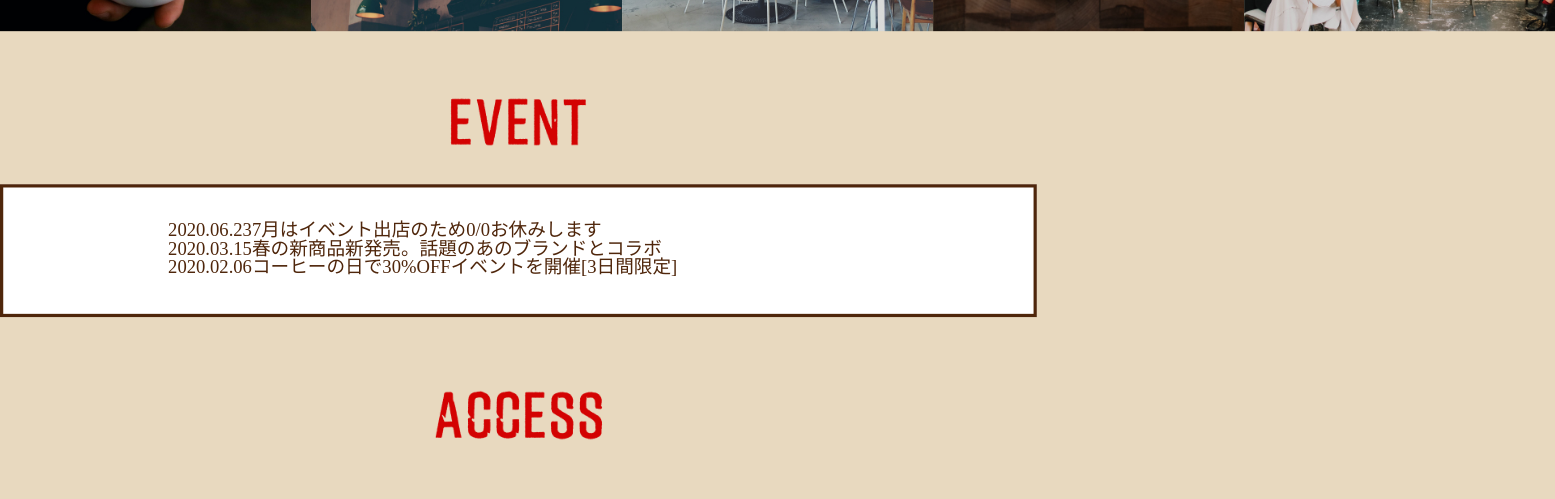
Repository: sonoyama01/dezasuta
Page: 第4回課題/index.html
These files come from the project's save history. The page is drawn as it stood at one moment and after the next save; the edit follows.
The browser window is 1280 px wide. The page is 1920 px wide, so the pictures cover 1920 px, including what lies to the right of the window. The pictures show the part of the page from y = 2598 to 3214 px (the page is 3996 px tall), at 81% of full size.
Pictures or frames that could not be fetched are drawn as grey boxes.

Above is the page before, as saved 2024-05-11 21:22:42.

After the next save:
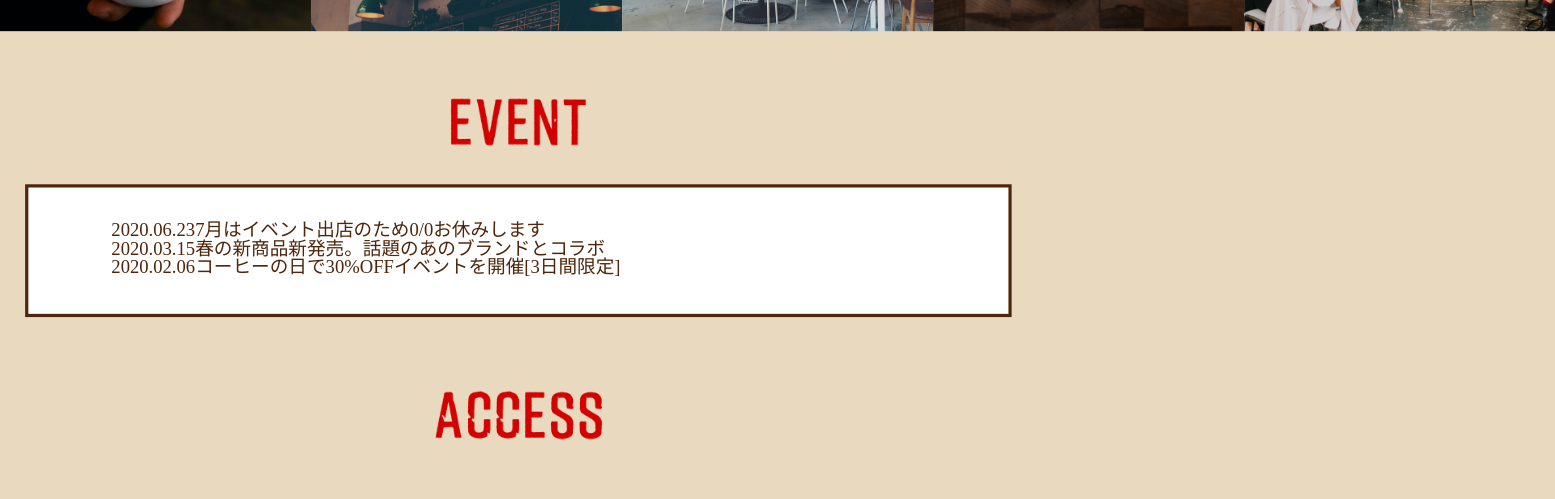
Saved 87 s later.
--- a/第4回課題/css/style.css
+++ b/第4回課題/css/style.css
@@ -204,7 +204,7 @@ h3 {
 
 .event {
   max-width: 1000px;
-  padding: 41px 16.8% 46px 15.9%;
+  padding: 41px 8.4% 46px 8%;
   border: 4px solid #4f260b;
   margin: 0 auto;
   background-color: #fff;
